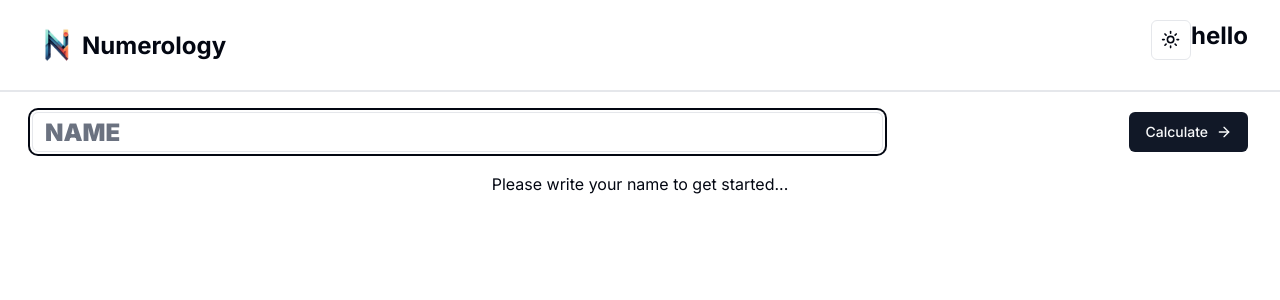
Repository: RaghunadhSahitDruvam/mynumerology
Page: /
These files come from the project's save history. The page is drawn as it stood at one moment and after the next save; the edit follows.
The browser window is 1280 px wide. The pictures show the whole page.
The project was rebuilt for these pictures with package versions that can differ from the ones it lists, and the page was loaded fresh each time. The framework's server and built-in components were replaced by stand-ins that run in the browser. Also part of the build but not shown: next.config.js, components/ui/alert-dialog.tsx.

Above is the page before, as saved 2023-12-21 08:00:52.

After the next save:
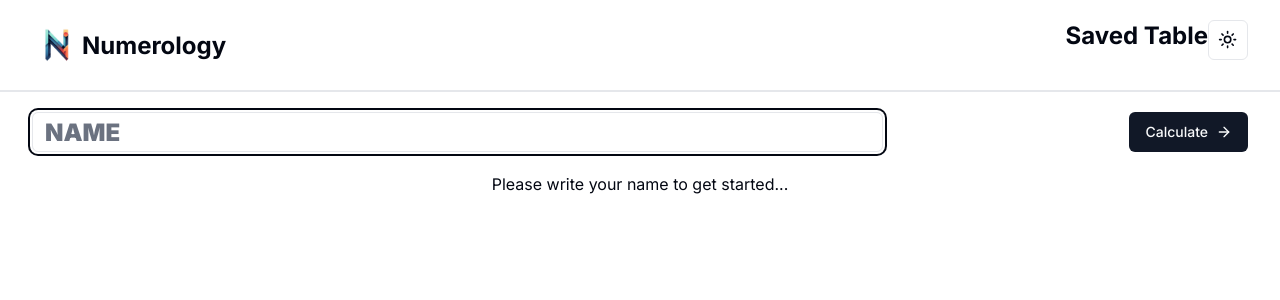
Saved 10 s later.
--- a/components/header.tsx
+++ b/components/header.tsx
@@ -12,8 +12,8 @@ const Header = () => {
           <span className="mt-[10px]">Numerology</span>
         </Link>
         <div className="flex">
+          <h1>Saved Table</h1>
           <ModeToggle />
-          <h1>hello</h1>
         </div>
       </div>
       <div className="border-b-2"></div>
